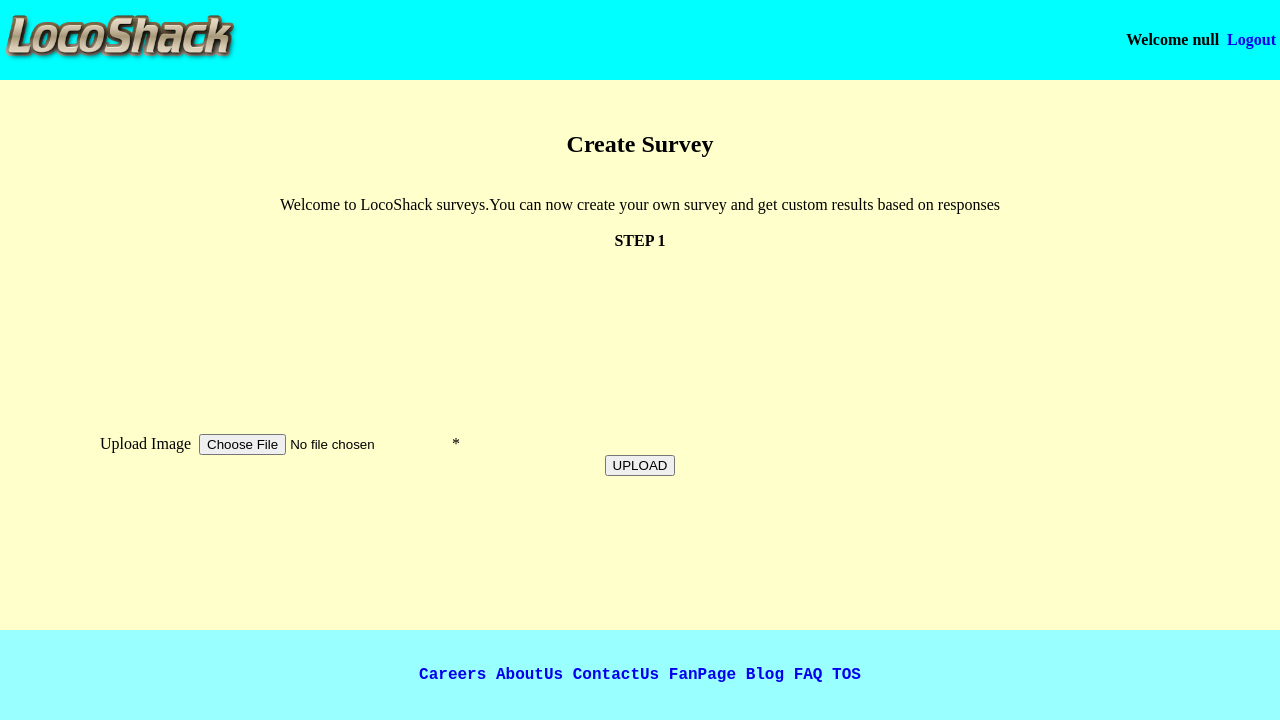
Repository: nicks707/LocoShack_TGMC-project
Page: http://localhost/ram/createsurvey.jsp
These files come from the project's save history. The page is drawn as it stood at one moment and after the next save; the edit follows.
The browser window is 1280 px wide. The pictures show the whole page.
The page is served by Tomcat 9.

Above is the page before, as saved 2012-03-21 05:55:38.

After the next save:
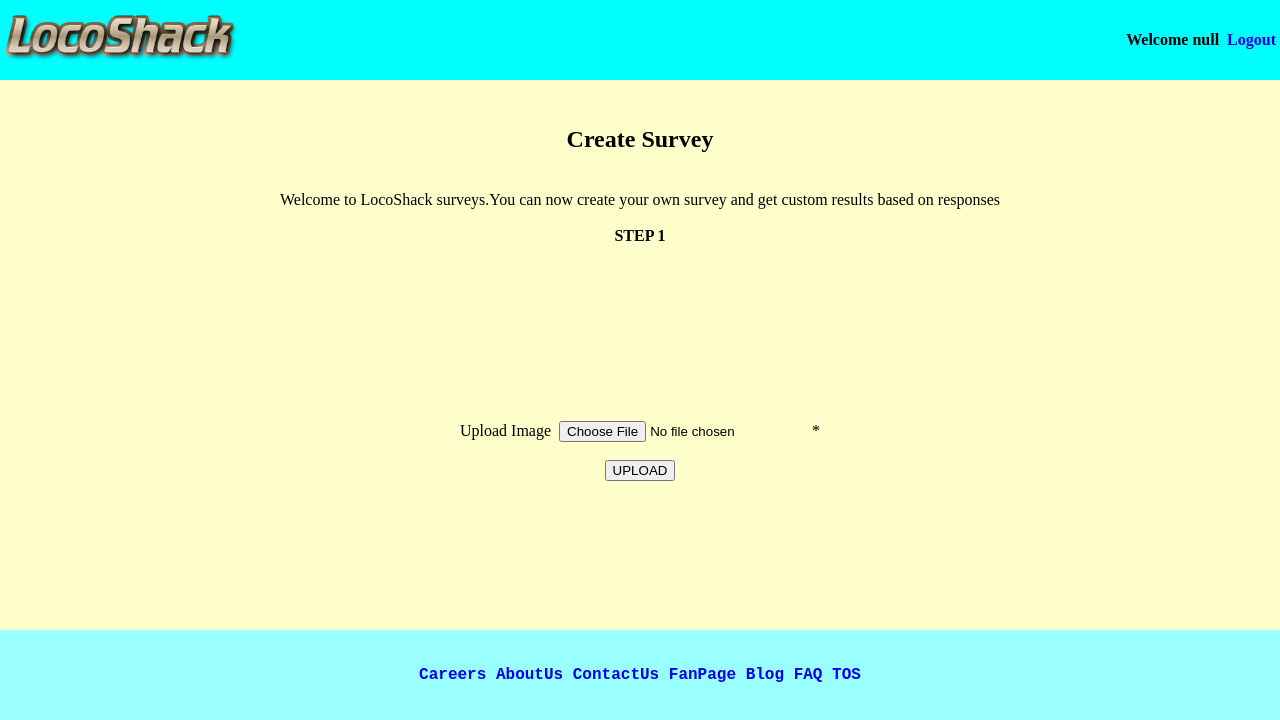
Saved 27 s later.
--- a/ram/WebContent/createsurvey.jsp
+++ b/ram/WebContent/createsurvey.jsp
@@ -39,7 +39,7 @@ return false;
 </td></tr>
 <tr><td style="padding:100px;">
 <form name="myform" onsubmit=" return checkfield();"  enctype="multipart/form-data" action="FileUploadServlet2" method="post">
-Upload Image&nbsp;&nbsp;<input type="file" name="image" id="image" size="40">*<br/>
+<center>Upload Image&nbsp;&nbsp;<input type="file" name="image" id="image" size="40">*</center><br/>
 <center><input type="submit" value="UPLOAD"></center>
 
 </form>
